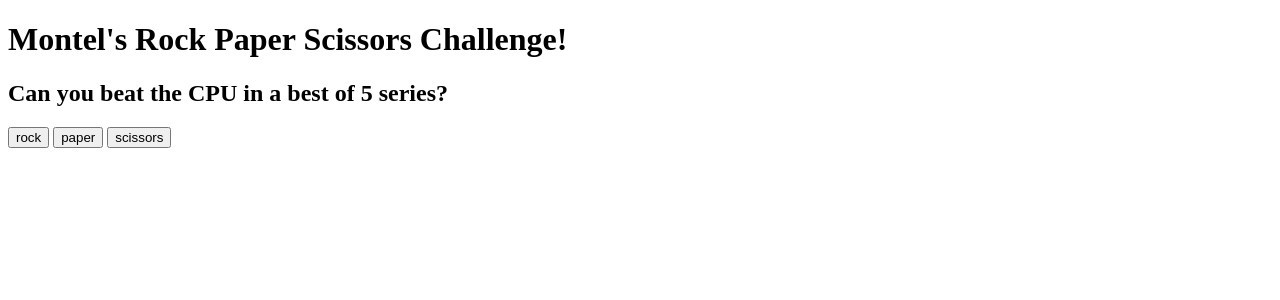
Repository: mnhardy1504/odin-recipes1
Page: repos/member-montel-rockpaperscissors/index.html
These files come from the project's save history. The page is drawn as it stood at one moment and after the next save; the edit follows.
The browser window is 1280 px wide. The pictures show the whole page.

Above is the page before, as saved 2023-10-24 20:16:41.

After the next save:
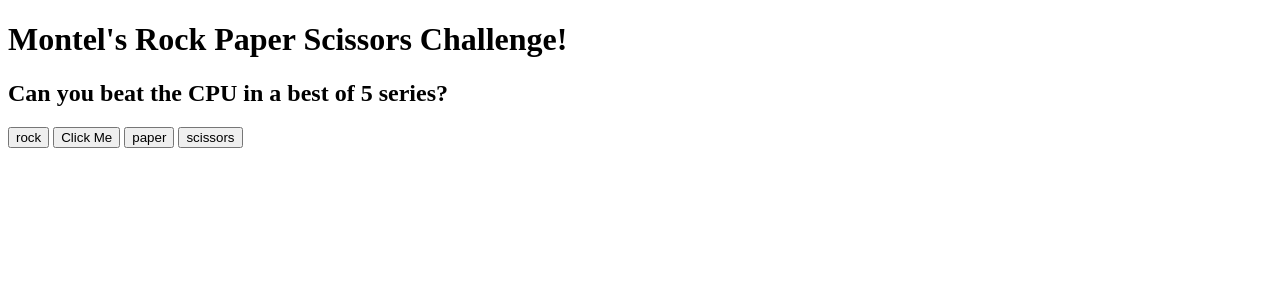
Saved 2 min 52 s later.
--- a/repos/member-montel-rockpaperscissors/index.html
+++ b/repos/member-montel-rockpaperscissors/index.html
@@ -7,7 +7,7 @@
 <body>
   <h1> Montel's Rock Paper Scissors Challenge! </h1>
   <h2> Can you beat the CPU in a best of 5 series? </h2>
-  <button> rock</button>
+  <button> rock</button> <button onclick="alert('Hello World')">Click Me</button>
   <button> paper</button>
   <button> scissors</button>
   <script>

After the 6 saves that followed:
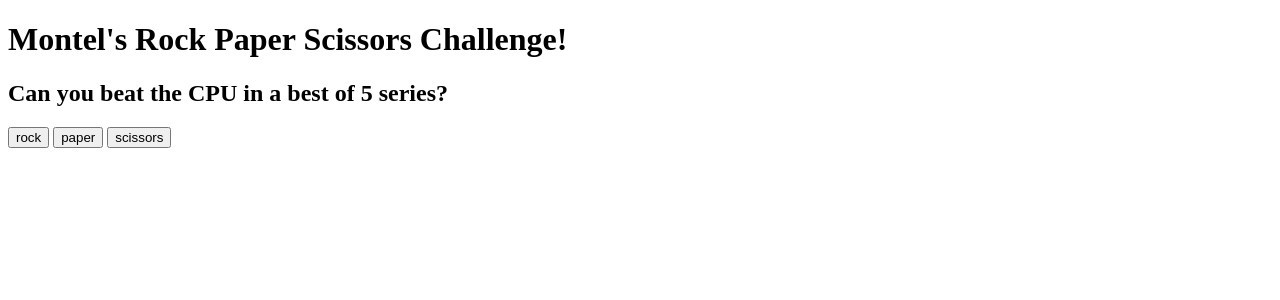
The 6 saves are shown as one change because 5 left the picture as it was.
The last was saved 11 min 49 s later.
--- a/repos/member-montel-rockpaperscissors/index.html
+++ b/repos/member-montel-rockpaperscissors/index.html
@@ -7,18 +7,19 @@
 <body>
   <h1> Montel's Rock Paper Scissors Challenge! </h1>
   <h2> Can you beat the CPU in a best of 5 series? </h2>
-  <button> rock</button> <button onclick="alert('Hello World')">Click Me</button>
+ <button onclick="console.log(playRound('rock', getComputerChoice()))">rock</button>
   <button> paper</button>
   <button> scissors</button>
   <script>
 function getComputerChoice() {
-  const choices = ['Rock', 'Paper', 'Scissors'];
+  const choices = ['rock', 'paper', 'scissors'];
   const randomIndex = Math.floor(Math.random() * choices.length);
   return choices[randomIndex];
 }
 
 function playRound(playerSelection, computerSelection) {
   playerSelection = playerSelection.toLowerCase();
+  console.log('executing playRound', playerSelection,computerSelection);
 
   if (playerSelection === 'rock' && computerSelection === 'scissors') {
     return 'You Win! Rock beats Scissors';
